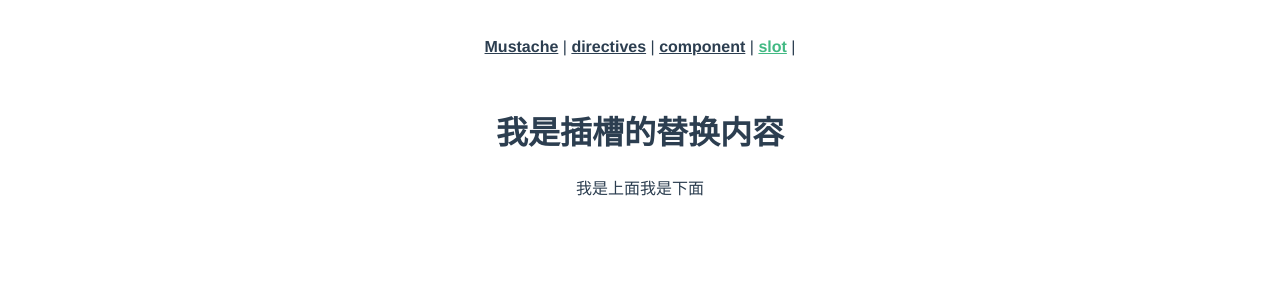
Repository: yeyanghui0616/my-vue2-learning
Page: /slot
The author's editor kept a copy of each file at every save. The page is drawn from the files as they stood at one save, then again after a run of saves.
The browser window is 1280 px wide. The pictures show the whole page.
The project was rebuilt for these pictures with package versions that can differ from the ones it lists, and the page was loaded fresh each time. Also part of the build but not shown: src/views/Mustache.vue, src/components/globalComponent.vue.

Above is the page before, as saved 2023-08-30 22:07:36.

### src/main.js
import Vue from "vue";
import App from "./App.vue";
import router from "./router";
import store from "./store";

// 注册全局组件
import globalComponent from "./components/globalComponent";
Vue.component("globalComponent", globalComponent);

Vue.config.productionTip = false;

new Vue({
	router,
	store,
	render: (h) => h(App),
}).$mount("#app");

### src/App.vue
<template>
  <div id="app">
    <div id="nav">
      <router-link to="/">Mustache</router-link> |
      <router-link to="/directives">directives</router-link> |
      <router-link to="/component">component</router-link> |
      <router-link to="/slot">slot</router-link> |
    </div>
    <router-view />
  </div>
</template>

<style lang="scss">
#app {
  font-family: Avenir, Helvetica, Arial, sans-serif;
  -webkit-font-smoothing: antialiased;
  -moz-osx-font-smoothing: grayscale;
  text-align: center;
  color: #2c3e50;
}

#nav {
  padding: 30px;

  a {
    font-weight: bold;
    color: #2c3e50;

    &.router-link-exact-active {
      color: #42b983;
    }
  }
}
</style>

### src/router/index.js
import Vue from "vue";
import VueRouter from "vue-router";
import Mustache from "../views/Mustache.vue";

Vue.use(VueRouter);

const routes = [
	{
		path: "/",
		name: "Mustache",
		component: Mustache,
	},
	{
		path: "/directives",
		name: "directives",
		component: () => import("../views/directives.vue"),
	},
	{
		path: "/component",
		name: "component",
		component: () => import("../views/component.vue"),
	},
	{
		path: "/slot",
		name: "slot",
		component: () => import("../views/slot.vue"),
	},
];

const router = new VueRouter({
	mode: "history",
	base: process.env.BASE_URL,
	routes,
});

export default router;

### src/views/slot.vue
<template>
  <div>
    <slotComponent>
      <h1>我是插槽的替换内容</h1>
    </slotComponent>
  </div>
</template>

<script>
// @ts-ignore
import slotComponent from "@/components/slotComponent.vue";
export default {
  components: {
    slotComponent,
  },
  data() {
    return {};
  },

  methods: {},
};
</script>

<style lang="scss"></style>

### src/components/slotComponent.vue
<template>
  <div>
    <slot>我是插槽的默认内容</slot>
    <slot name="top">我是上面</slot>
    <slot name="bottom">我是下面</slot>
  </div>
</template>

<script>
export default {
  data() {
    return {};
  },

  methods: {},
};
</script>

<style lang="scss"></style>

Loaded but not shown: public/index.html (common file); src/store/index.js (common file)

After the next 4 saves:
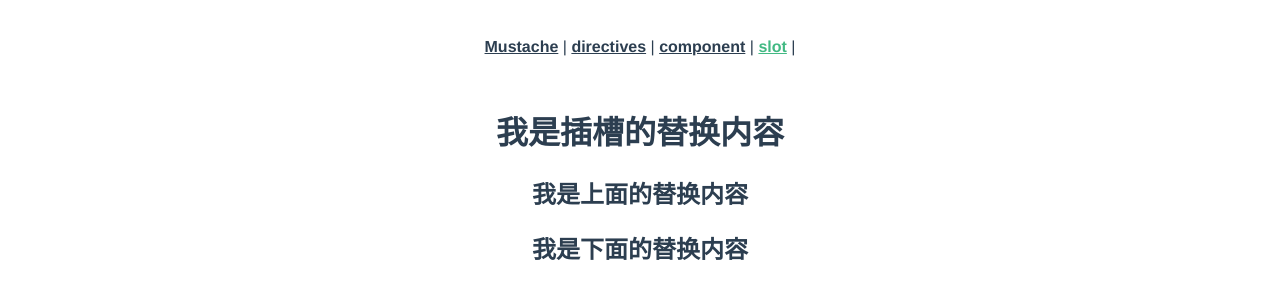
The 4 saves are shown as one change because they came seconds apart.
The last was saved 12 s later.
--- a/src/views/slot.vue
+++ b/src/views/slot.vue
@@ -2,6 +2,8 @@
   <div>
     <slotComponent>
       <h1>我是插槽的替换内容</h1>
+      <h2 slot="top">我是上面的替换内容</h2>
+      <h2 slot="bottom">我是下面的替换内容</h2>
     </slotComponent>
   </div>
 </template>
